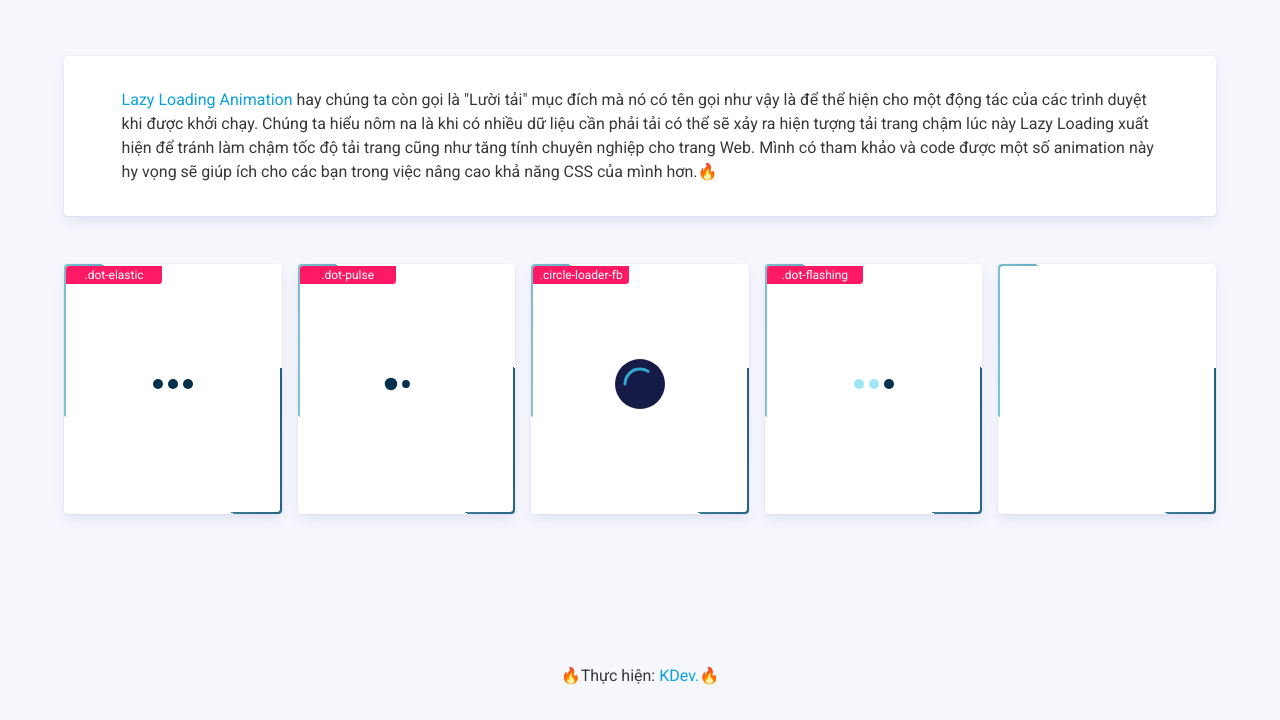
Repository: haokiet2501/lazy-loader-animation
Page: index.html
An editor plug-in stored every save of this project. The page is shown before and after the next save, followed by the edit.
The browser window is 1280 px wide. The pictures show the whole page.
The style sheet was rebuilt from its Sass, Less or Tailwind sources for each picture, by a compiler version that may differ from the author's.

Above is the page before, as saved 2022-05-07 15:28:58.

### index.html
<!DOCTYPE html>
<html lang="en">
<head>
    <meta charset="UTF-8">
    <meta http-equiv="X-UA-Compatible" content="IE=edge">
    <meta name="viewport" content="width=device-width, initial-scale=1.0">
    <link rel="shortcut icon" href="image/KDEV.png" type="image/x-icon">
    <link rel="stylesheet" href="sass/css/styles.css">
    <title>Lazy Loading Animation</title>
</head>
<body>
    <div class="container">
        <div class="title">
            <a href="/" target="_blank">Lazy Loading Animation</a> hay chúng ta còn gọi là "Lười tải" mục đích mà nó có tên gọi như vậy là để thể hiện cho một động tác của các trình duyệt khi được khởi chạy. Chúng ta hiểu nôm na là khi có nhiều dữ liệu cần phải tải có thể sẽ xảy ra hiện tượng tải trang chậm lúc này Lazy Loading xuất hiện để tránh làm chậm tốc độ tải trang cũng như tăng tính chuyên nghiệp cho trang Web. Mình có tham khảo và code được một số animation này hy vọng sẽ giúp ích cho các bạn trong việc nâng cao khả năng CSS của mình hơn.🔥
        </div>

        <div class="row">
            <div class="box">
                <div class="snippet" data-title=".dot-elastic"></div>
                <div class="dot">
                    <div class="dot__elastic"></div>
                </div>
            </div>

            <div class="box">
                <div class="snippet" data-title=".dot-pulse"></div>
                <div class="dot">
                    <div class="dot__pulse"></div>
                </div>
            </div>

            <div class="box">
                <div class="snippet" data-title=".circle-loader-fb"></div>
                <div class="dot">
                    <div class="dot__cirle__fb">
                        <svg>
                            <circle cx="15" cy="15" r="15"></circle>
                        </svg>
                    </div>
                </div>
            </div>

            <div class="box">
                <div class="snippet" data-title=".dot-flashing"></div>
                <div class="dot">
                    <div class="dot__flashing"></div>
                </div>
            </div>

            <div class="box">
                <div class="dot">

                </div>
            </div>
        </div>

        <footer class="footer">
            <p>
                🔥Thực hiện: <a href="/" target="_blank">KDev.</a>🔥
            </p>
        </footer>
    </div>
</body>
</html>

### sass/styles.scss
@import 'base/base';

$color-text: #383838;

.container {
    padding: 2rem 4rem;
}

.title {
    background: #fff;
    padding: 2rem 5%;
    margin: 1.5rem 0;
    box-shadow: 0 .4rem .8rem -.1rem rgba(0, 32, 128, .1), 0 0 0 1px #f0f2f7;
    border-radius: .25rem;
    color: $color-text;
    line-height: 24px;
}

.row {
    display: grid;
    grid-template-columns: repeat(auto-fill, minmax(184px, 1fr));
    gap: 24px 16px;
}

.box {
    position: relative;
    height: 250px;
    background: #fff;
    padding: 2rem 5%;
    margin: 1.5rem 0;
    box-shadow: 0 .4rem .8rem -.1rem rgba(0, 32, 128, .1), 0 0 0 1px #f0f2f7;
    border-radius: .25rem;
    overflow: hidden;
    z-index: 9;
}

.box::before {
    content: '';
    position: absolute;
    top: -3rem;
    left: 32px;
    width: 150px;
    height: 140%;
    background: linear-gradient(145deg, #053F5C , #9FE7F5);
    animation: animate 15s linear infinite;
}

.box::after {
    content: '';
    position: absolute;
    inset: 2px;
    background: #fff;
    border-radius: .20rem;
}

@keyframes animate {
    0% {
        transform: rotate(0deg);
    }
    100% {
        transform: rotate(360deg);
    }
}

.snippet {
    position: relative;
    z-index: 10;
    top: -1.87rem;
    left: -.55rem;
    padding: 2px 5px;
    text-align: center;
    background-color: rgb(255, 25, 100);
    width: 6rem;
    font-size: .75rem;
    color: #fff;
    border-radius: .20rem 0 .20rem 0;
}

.snippet::before {
    content: attr(data-title);
}

.dot {
    position: relative;
    z-index: 10;
    top: 35%;
    display: flex;
    justify-content: center;
    align-items: center;

    &__elastic {
        position: relative;
        @include dot-variables();
        animation: dotElastic 1s linear infinite;
    }

    &__elastic::before, &__elastic::after {
        content: '';
        display: inline-block;
        position: absolute;
        top: 0;
    }

    &__elastic::before {
        left: -15px;
        @include dot-variables();
        animation: dotElasticBefore 1s linear infinite;
    }

    &__elastic::after {
        left: 15px;
        @include dot-variables();
        animation: dotElasticAfter 1s linear infinite;
    }

    @keyframes dotElasticBefore{
        0% {
            transform: scale(1, 1);
        }
        25% {
            transform: scale(1, 1.5);
        }
        50% {
            transform:  scale(1, 0.67);
        }
        75% {
            transform:  scale(1, 1);
        }
        100% {
            transform:  scale(1, 1);
        }
    }

    @keyframes dotElastic{
        0% {
            transform: scale(1, 1);
        }
        25% {
            transform: scale(1, 1);
        }
        50% {
            transform:  scale(1, 1.5);
        }
        75% {
            transform:  scale(1, 1);
        }
        100% {
            transform:  scale(1, 1);
        }
    }
    @keyframes dotElasticAfter{
        0% {
            transform: scale(1, 1);
        }
        25% {
            transform: scale(1, 1);
        }
        50% {
            transform:  scale(1, 0.67);
        }
        75% {
            transform:  scale(1, 1.5);
        }
        100% {
            transform:  scale(1, 1);
        }
    }

    &__pulse {
        position: relative;
        left: -9999px;
        @include dot-variables();
        box-shadow: 9999px 0 0 -5px var(--color-circle);
        animation: dotPulse 1.5s linear infinite;
        animation-delay: .25s;
    }

    &__pulse::before, &__pulse::after {
        content: '';
        display: inline-block;
        position: absolute;
        top: 0;
        @include dot-variables();
    }

    &__pulse::before {
        box-shadow: 9984px 0 0 -5px var(--color-circle);
        animation: dotPulseBefore 1.5s linear infinite;
        animation-delay: 0s;
    }

    &__pulse::after {
        box-shadow: 10014px 0 0 -5px var(--color-circle);
        animation: dotPulseAfter 1.5s linear infinite;
        animation-delay: .5s;
    }

    @keyframes dotPulseBefore {
        0% {
            box-shadow: 9984px 0 0 -5px var(--color-circle);
        }
        30% {
            box-shadow: 9984px 0 0 2px var(--color-circle);
        }
        60%, 100% {
            box-shadow: 9984px 0 0 -5px var(--color-circle);
        }
    }

    @keyframes dotPulse {
        0% {
            box-shadow: 9999px 0 0 -5px var(--color-circle);
        }
        30% {
            box-shadow: 9999px 0 0 2px var(--color-circle);
        }
        60%, 100% {
            box-shadow: 9999px 0 0 -5px var(--color-circle);
        }
    }
    @keyframes dotPulseAfter {
        0% {
            box-shadow: 10014px 0 0 -5px var(--color-circle);
        }
        30% {
            box-shadow: 10014px 0 0 2px var(--color-circle);
        }
        60%, 100% {
            box-shadow: 10014px 0 0 -5px var(--color-circle);
        }
    }

    &__cirle__fb {
        position: relative;
        top: -20px;
        width: 50px;
        height: 50px;
        background: #151B46;
        border-radius: 50%;
    }

    svg {
        display: relative;
        width: 50px;
        height: 50px;
        animation: spinner 2s linear infinite;
    }

    @keyframes spinner {
        0% {
            transform: rotate(0deg);
        }
        100% {
            transform: rotate(360deg);
        }
    }

    circle {
        width: 100%;
        height: 100%;
        fill: none;
        stroke-width: 3;
        stroke: #33A7D0;
        stroke-linecap: round;
        transform: translate(10px, 10px);
        stroke-dasharray: 85;
        stroke-dashoffset: 85;
        background: #33A7D0;
        animation: circle 4s linear infinite;
        animation-delay: .25s;
        transition: .4s ease-in-out;
    }

    @keyframes circle {
        0%, 100% {
            stroke-dashoffset: 85;
        }
        50% {
            stroke-dashoffset: 0;
        }
        50.1% {
            stroke-dashoffset: 170;
        }
    }

    &__flashing {
        position: relative;
        @include dot-variables();
        animation: dotFlashing 1s linear alternate infinite;
        animation-delay: .5s;
    }

    &__flashing::before, &__flashing::after {
        content: '';
        position: absolute;
        display: inline-block;
        top: 0;
    }

    &__flashing::before {
        left: -15px;
        @include dot-variables();
        animation: dotFlashing 1s alternate infinite;
        animation-delay: 0s;
    }

    &__flashing::after {
        left: 15px;
        @include dot-variables();
        animation: dotFlashing 1s alternate infinite;
        animation-delay: 1s;
    }

    @keyframes dotFlashing{
        0% {
            background: var(--color-circle);
        }
        50%, 100% {
            background: #9FE7F5;
        }
    }
}

.footer {
    display: flex;
    justify-content: center;
    align-items: center;
    margin: 128px 0 20px;
}

.footer > p {
    color: $color-text;
}

### sass/base/_base.scss
@import url('https://fonts.googleapis.com/css2?family=Roboto:wght@300;400;500;700&display=swap');

:root {
    --color-circle: #02314D;
}

@mixin dot-variables() {
    width: 10px;
    height: 10px;
    border-radius: 10px;
    background-color: var(--color-circle);
    color: var(--color-circle);
}

*, ::before, ::after {
    margin: 0;
    padding: 0;
    box-sizing: border-box;
}

html, body {
    scroll-behavior: smooth;
    font-family: 'Roboto', sans-serif;
    background: #f6f7fd;
    height: 100%;
    overflow: auto;
}

a {
    text-decoration: none;
    color: #0AA1DD;
}

After the next save:
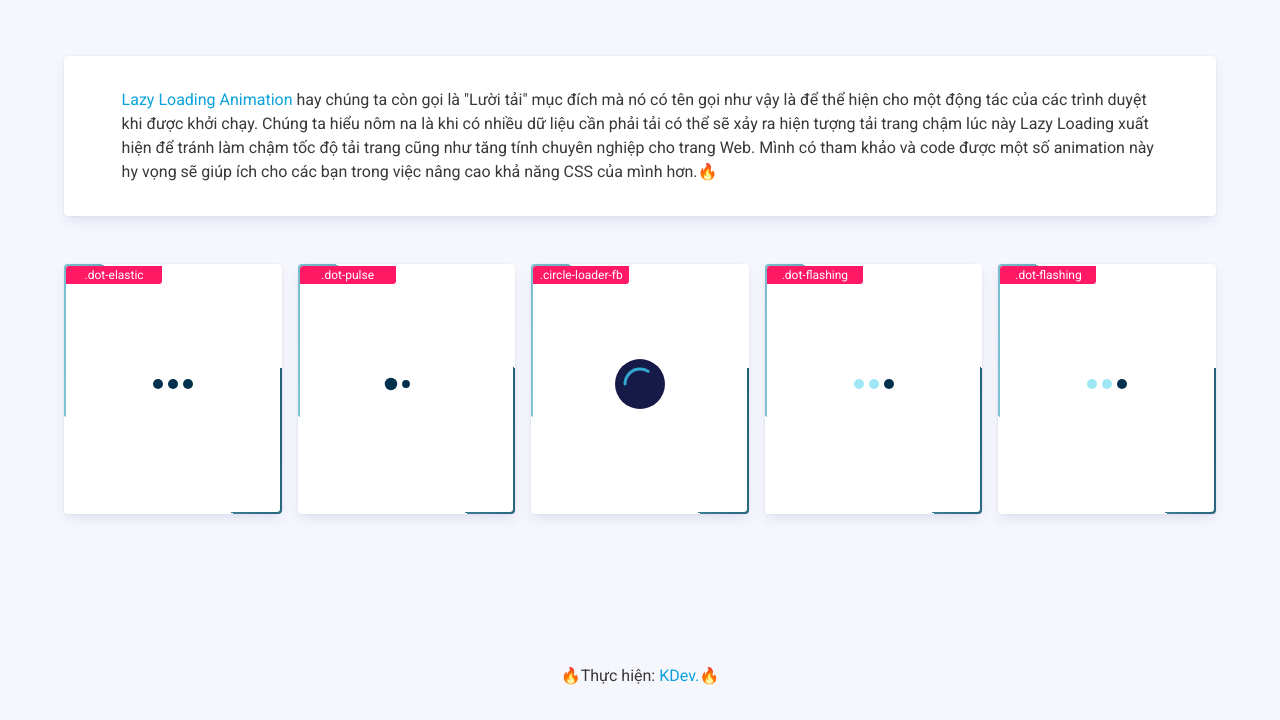
Saved 8 min 24 s later.
--- a/index.html
+++ b/index.html
@@ -48,8 +48,9 @@
             </div>
 
             <div class="box">
+                <div class="snippet" data-title=".dot-flashing"></div>
                 <div class="dot">
-
+                    <div class="dot__flashing"></div>
                 </div>
             </div>
         </div>
